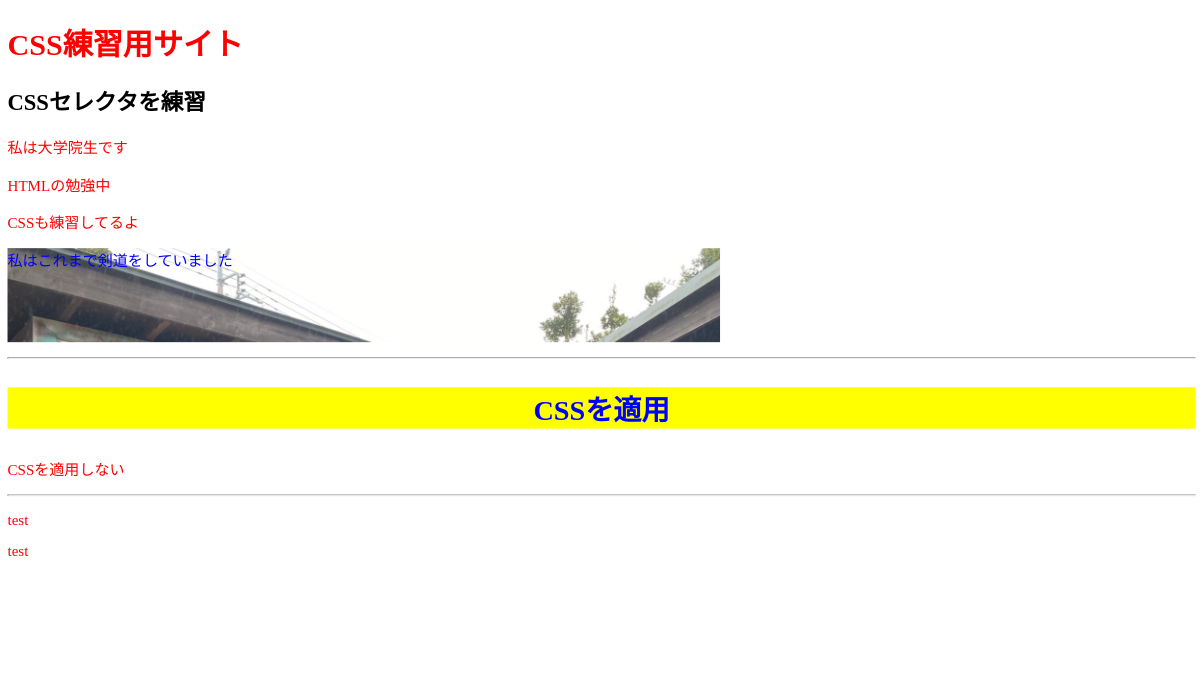
Repository: haruki-N/WebApp
Page: CSS/css_practice.html
The author's editor kept a record of every edit. The page is drawn from the files as they stood at one moment, then again after the next edit.
The browser window is 1280 px wide. The pictures show the whole page, at 94% of full size.

Above is the page before.

### CSS/css_practice.html
<!DOCTYPE html>
<html lang="ja">
<head>
    <link rel="stylesheet" href="practice.css" type="text/css" />
    <meta charset="UTF-8">
    <title>Practice Page for CSS</title>
</head>
<body>
    <h1>CSS練習用サイト</h1>
    <h2 class="info">CSSセレクタを練習</h2>
    <p id="who">私は大学院生です</p>
    <p class="info">HTMLの勉強中</p>
    <p class="info">CSSも練習してるよ</p>
    <div>
        <p>私はこれまで剣道をしていました</p>
    </div>

    <hr>

    <p id="css">CSSを適用</p>
    <p>CSSを適用しない</p>

    <hr>
    <!-- <img src="IMG_5789.JPG"></img> -->
    <p class="margin">test</p>
    <p class="margin">test</p>
</body>
</html>

### CSS/practice.css
h1, p {/* 複数要素指定 */
    color: red;
}

div p{/* 入れ子構造を指定 */
    color: blue;
    background-image: url("IMG_5789.JPG");
    background-size: 60%;
    background-repeat: no-repeat;
    height: 100px;
}

h2:hover {/*hover時の擬似クラス */
    color: green;
}

#css {
    background-color: yellow;
    color: blue;
    font-size: 30px;
    text-align: center;
    font-weight: bold;
}

img {
    width: 100%;
}

After the next edit:
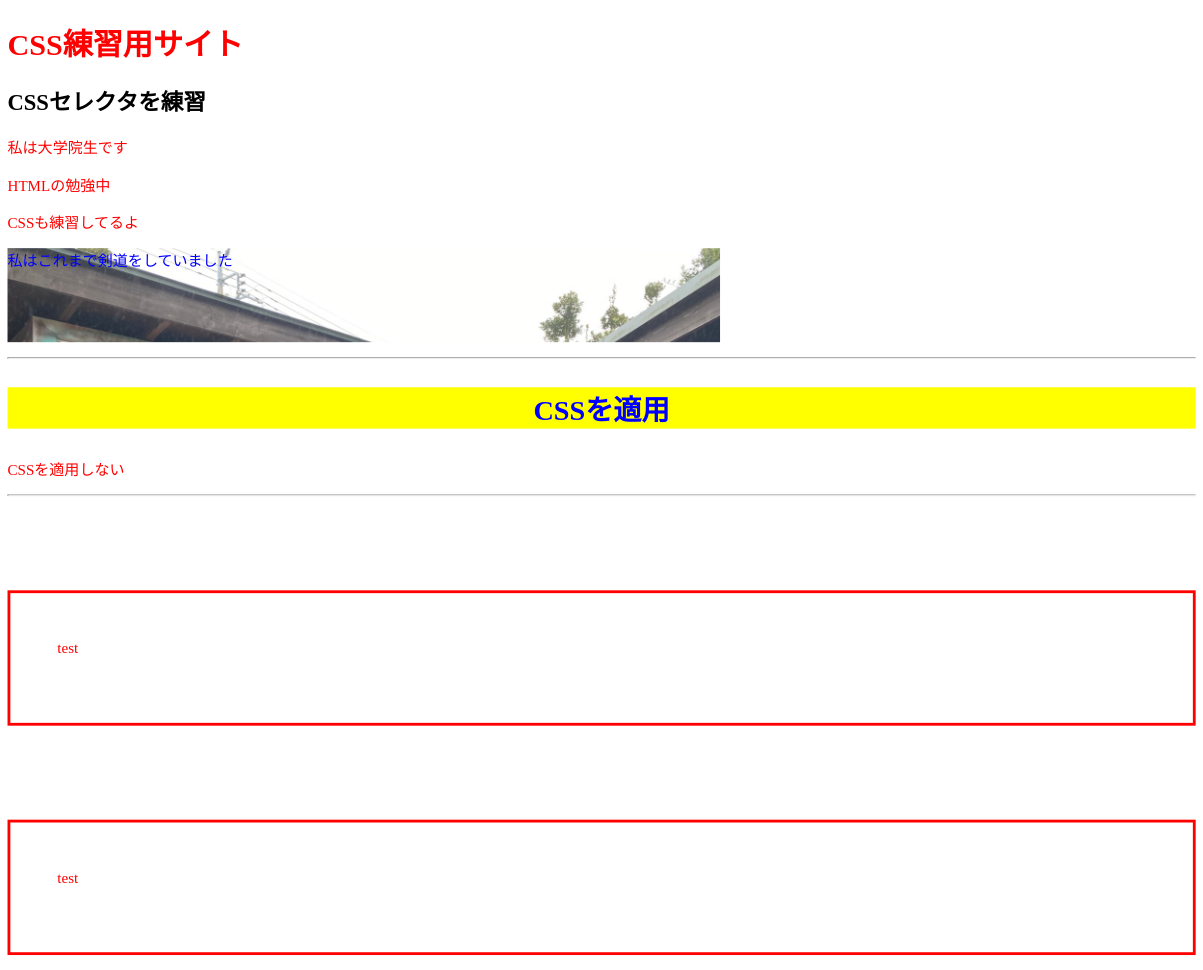
The edit:
--- a/CSS/practice.css
+++ b/CSS/practice.css
@@ -25,3 +25,9 @@ h2:hover {/*hover時の擬似クラス */
 img {
     width: 100%;
 }
+
+.margin {
+    border: solid red;
+    padding: 50px 30px 70px 50px;
+    margin-top: 100px;
+}
